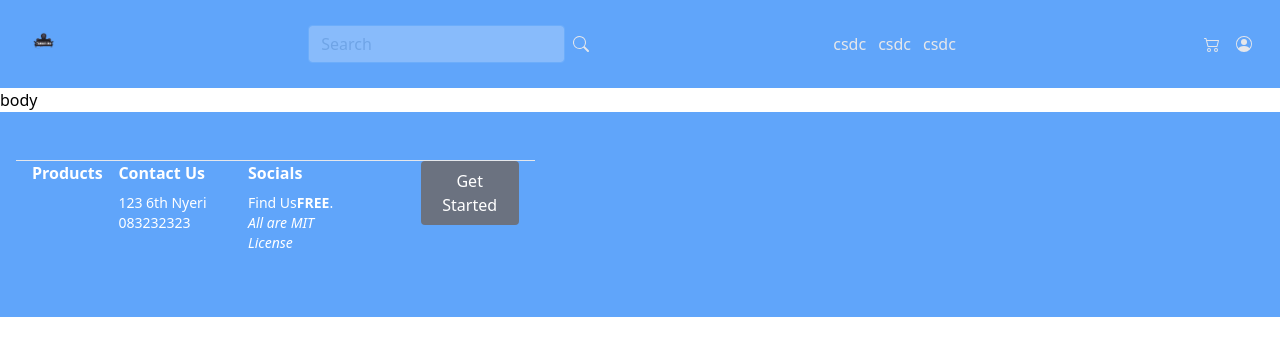
Repository: DevLaukey/Jitu-final
Page: / (app in frontend/)
An editor plug-in stored every save of this project. The page is shown before and after a run of saves, followed by the edit.
The browser window is 1280 px wide. The pictures show the whole page.
The project was rebuilt for these pictures with package versions that can differ from the ones it lists, and the page was loaded fresh each time.

Above is the page before, as saved 2022-07-13 14:21:08.

After the next 2 saves:
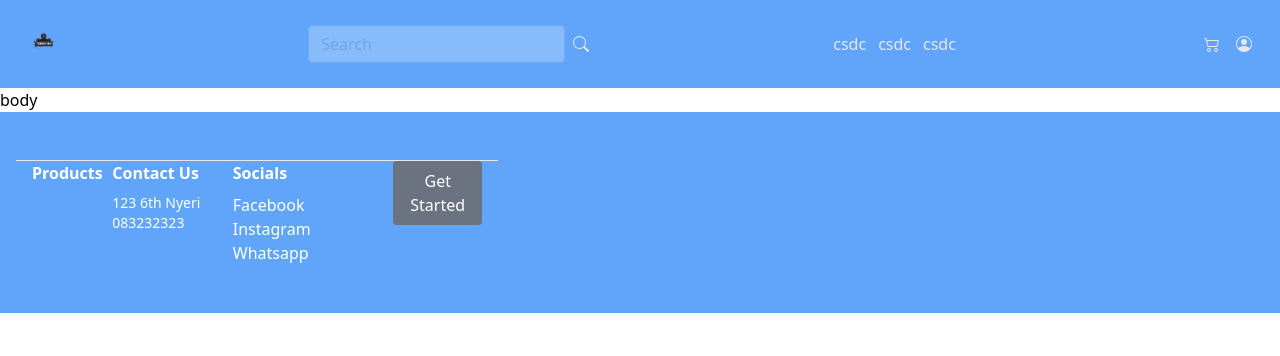
The 2 saves are shown as one change because they came seconds apart.
The last was saved 103 s later.
--- a/frontend/src/components/Footer.js
+++ b/frontend/src/components/Footer.js
@@ -18,11 +18,11 @@ function Footer() {
           </div>
           <div class="px-4 sm:w-1/2 md:w-1/4 mt-4 md:mt-0">
             <h6 class="font-bold mb-2">Socials</h6>
-            <p class="mb-4 text-sm">
-              Find Us
-              <strong>FREE</strong>.<br />
-              <em>All are MIT License</em>
-            </p>
+                      <ul>
+                          <li>Facebook</li>
+                          <li>Instagram</li>
+                          <li>Whatsapp</li>
+            </ul>
           </div>
           <div class="px-4 md:w-1/4 md:ml-auto mt-6 sm:mt-4 md:mt-0">
             <button class="px-4 py-2 bg-gray-500 hover:bg-gray-700 rounded text-white">
